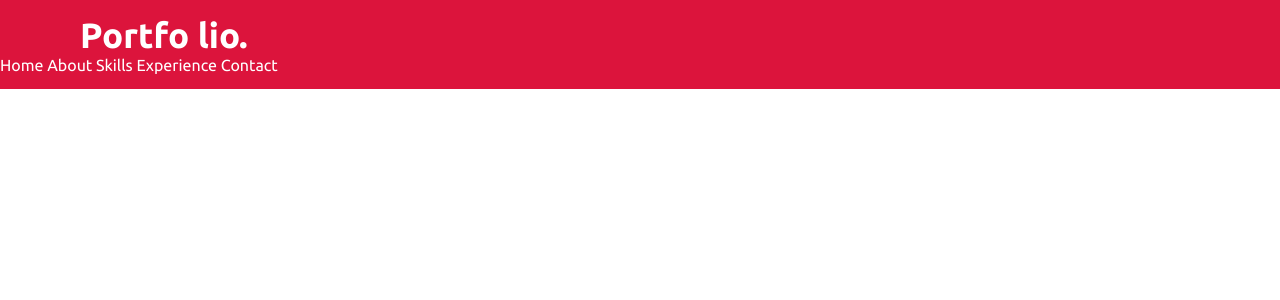
Repository: wyang08/wyang08.github.io
Page: index.html
The author's editor kept a copy of each file at every save. The page is drawn from the files as they stood at one save, then again after the next save.
The browser window is 1280 px wide. The pictures show the whole page.

Above is the page before, as saved 2021-07-02 14:31:24.

### index.html
<!DOCTYPE html>
<html lang="en">
<head>
    <meta charset="UTF-8">
    <meta name="viewport" content="width=divice-width, initial-scale=1.0">
    <title>Personal Porfolio Website</title>
    <link rel="stylesheet" href="style.css">
    <script src="https://kit.fontawesome.cm/a076d05399.js"></script>
</head>

<body>
    <nav class="navbar">
        <div class="max-width">
            <div class="logo">
                <a href="#">
                    Portfo
                    <span>
                        lio.
                    </span>
                </a>
            </div>
        </div>

        <ul class="menu">
            <li><a href="#">Home</a></li>
            <li><a href="#">About</a></li>
            <li><a href="#">Skills</a></li>
            <li><a href="#">Experience</a></li>
            <li><a href="#">Contact</a></li>
        </ul>

    </nav>
</body>


</html>

### style.css
@import url('https://fonts.googleapis.com/css2?family=Poppins:wght@400;500;600;700&family=Ubuntu:wght@400;500;700&display=swap');

*{
    margin: 0;
    padding: 0;
    box-sizing: border-box;
    text-decoration: none;

}

/* navbar styling */
.navbar{
    position: fixed;
    width: 100%;
    padding: 15px 0;
    background: crimson;
    font-family: 'Ubuntu', sans-serif;
}

.max-width{
    max-width: 1300px;
    padding: 0 80px;
    margin: auto;
}

.navbar .menu li a{
    color: white;
}

/* 标题大小 */
.navbar .logo a{
    color: white;
    font-size: 35px;
    font-weight: 600;
}

/* Subtitle display style */
.navbar .menu li{
    list-style-type: none;
    display: inline-block;
}


.navbar .max-width{
    display: flex;
    align-items: center;
    justify-content: space-between;
}

After the next save:
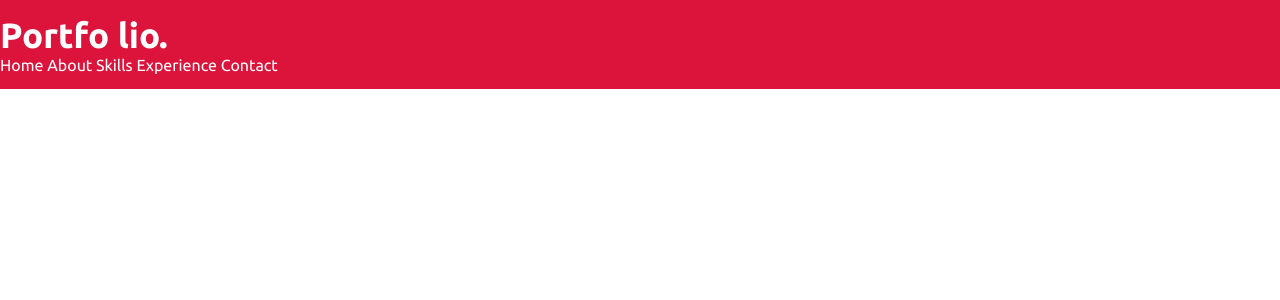
Saved 51 s later.
--- a/style.css
+++ b/style.css
@@ -17,11 +17,6 @@
     font-family: 'Ubuntu', sans-serif;
 }
 
-.max-width{
-    max-width: 1300px;
-    padding: 0 80px;
-    margin: auto;
-}
 
 .navbar .menu li a{
     color: white;

After the 2 saves that followed:
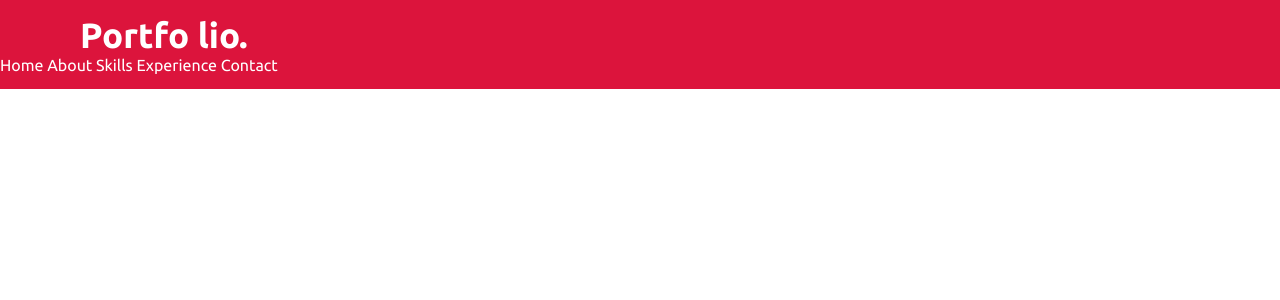
The 2 saves are shown as one change because 1 left the picture as it was.
The last was saved 115 s later.
--- a/style.css
+++ b/style.css
@@ -35,9 +35,14 @@
     display: inline-block;
 }
 
-
 .navbar .max-width{
     display: flex;
     align-items: center;
     justify-content: space-between;
 }
+
+.max-width{
+    max-width: 1300px;
+    padding: 0 80px;
+    margin: auto;
+}
